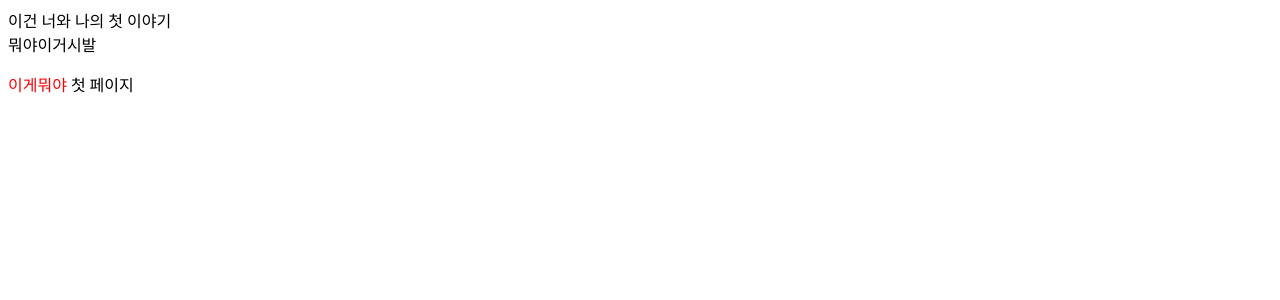
Repository: wonsungjin/Kosta
Page: web_prj/src/main/webapp/index.html
These files come from the project's save history. The page is drawn as it stood at one moment and after the next save; the edit follows.
The browser window is 1280 px wide. The pictures show the whole page.

Above is the page before, as saved 2024-05-20 07:23:36.

After the next save:
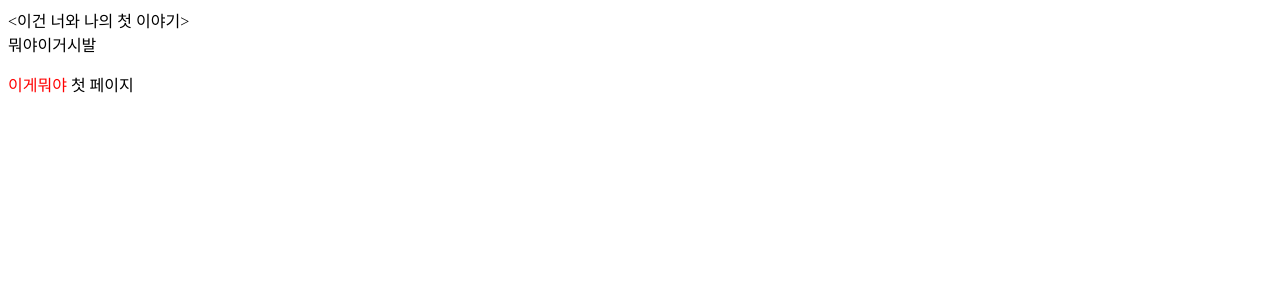
Saved 42 s later.
--- a/web_prj/src/main/webapp/index.html
+++ b/web_prj/src/main/webapp/index.html
@@ -5,7 +5,7 @@
 <title>Insert title here</title>
 </head>
 <body>
-이건 너와 나의 첫 이야기<br>
+&lt;이건 너와 나의 첫 이야기&gt;<br>
 뭐야이거시발<p>
 <font color=red>이게뭐야</font> 첫 페이지 <br>
 </body>
